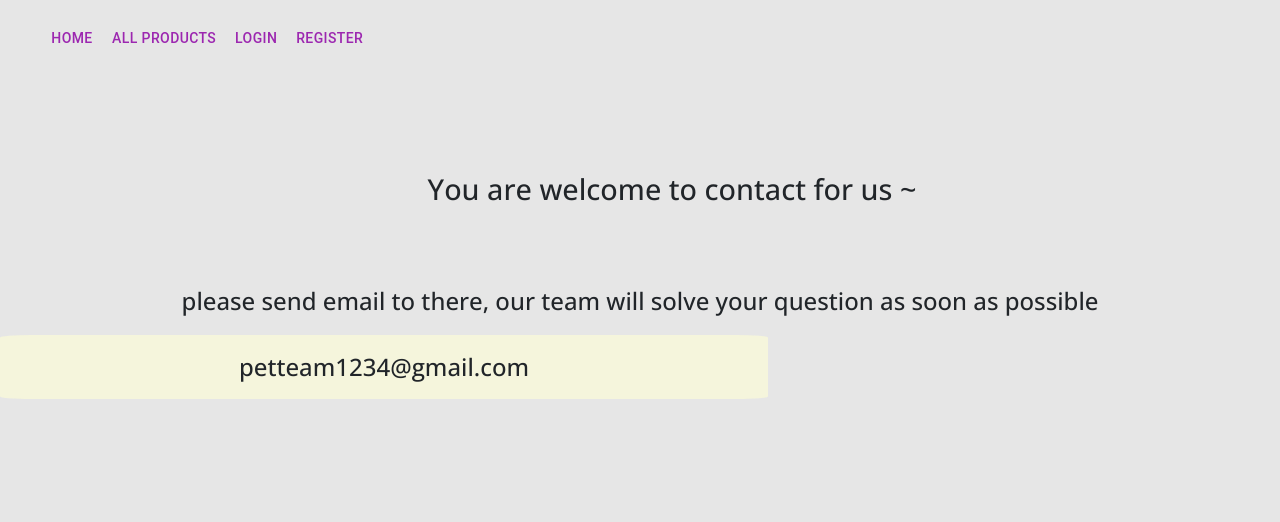
Repository: dzwfighting/pet
Page: /contact
An editor plug-in stored every save of this project. The page is shown before and after a run of saves, followed by the edit.
The browser window is 1280 px wide. The pictures show the whole page.
The project was rebuilt for these pictures with package versions that can differ from the ones it lists, and the page was loaded fresh each time. Also part of the build but not shown: src/components/homeComponent.js, src/components/Layout.js, src/components/checkoutComponent.js, src/fake-data/products.js, src/styles/css/cart.css, src/components/ShopCartComponent.js, src/components/productsDetail.js, src/manipulate/checkValid.js and 10 more.

Above is the page before, as saved 2023-08-20 10:16:38.

After the next 2 saves:
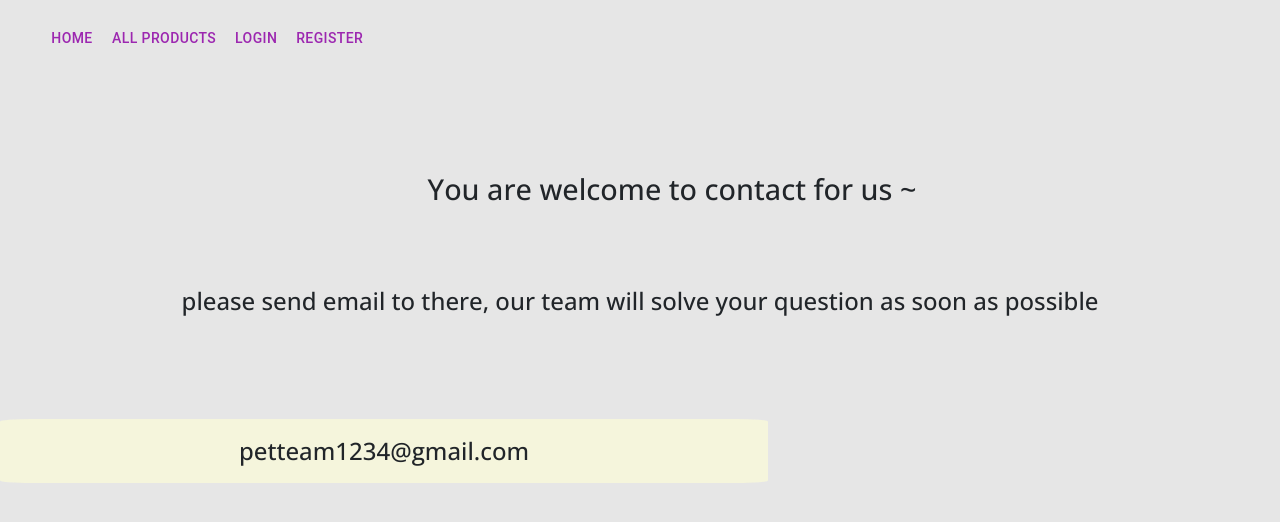
The 2 saves are shown as one change because they came seconds apart.
The last was saved 22 s later.
--- a/src/styles/css/contact.css
+++ b/src/styles/css/contact.css
@@ -26,7 +26,7 @@
   background-color: beige;
   border-radius: 4%;
   font-size: 1.5rem;
-  left: 20%;
+  margin-top: 100px;
 }
 
 @media screen and (min-width: 769px) and (max-width: 1024px) {
